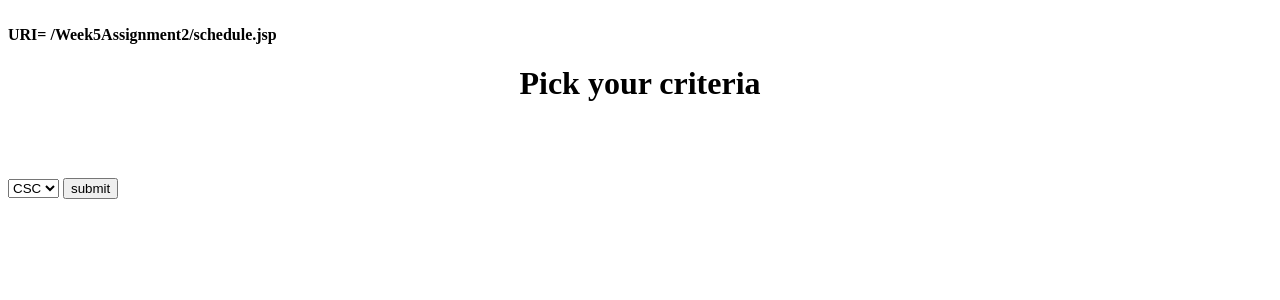
Repository: weshayutin/java258Online
Page: http://localhost/Week5Assignment2/schedule.jsp
An editor plug-in stored every save of this project. The page is shown before and after the next save, followed by the edit.
The browser window is 1280 px wide. The pictures show the whole page.
The page is served by Tomcat 9.

Above is the page before, as saved 2011-02-16 02:56:51.

After the next save:
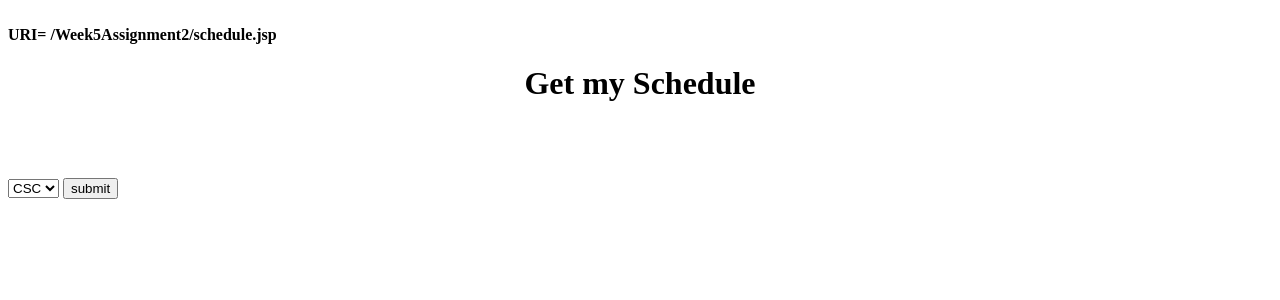
Saved 117 s later.
--- a/workspace/Week5Assignment2/WebContent/schedule.jsp
+++ b/workspace/Week5Assignment2/WebContent/schedule.jsp
@@ -14,7 +14,7 @@
     out.println("<br><b> URI= "+URI+"</b><br>");
 %>
 
-<h1 align="center"> Pick your criteria</h1>
+<h1 align="center">Get my Schedule</h1>
 <br><br><br>
 <form action="criteria.do" name ="criteria" method="POST">
   <select name=criteria>
